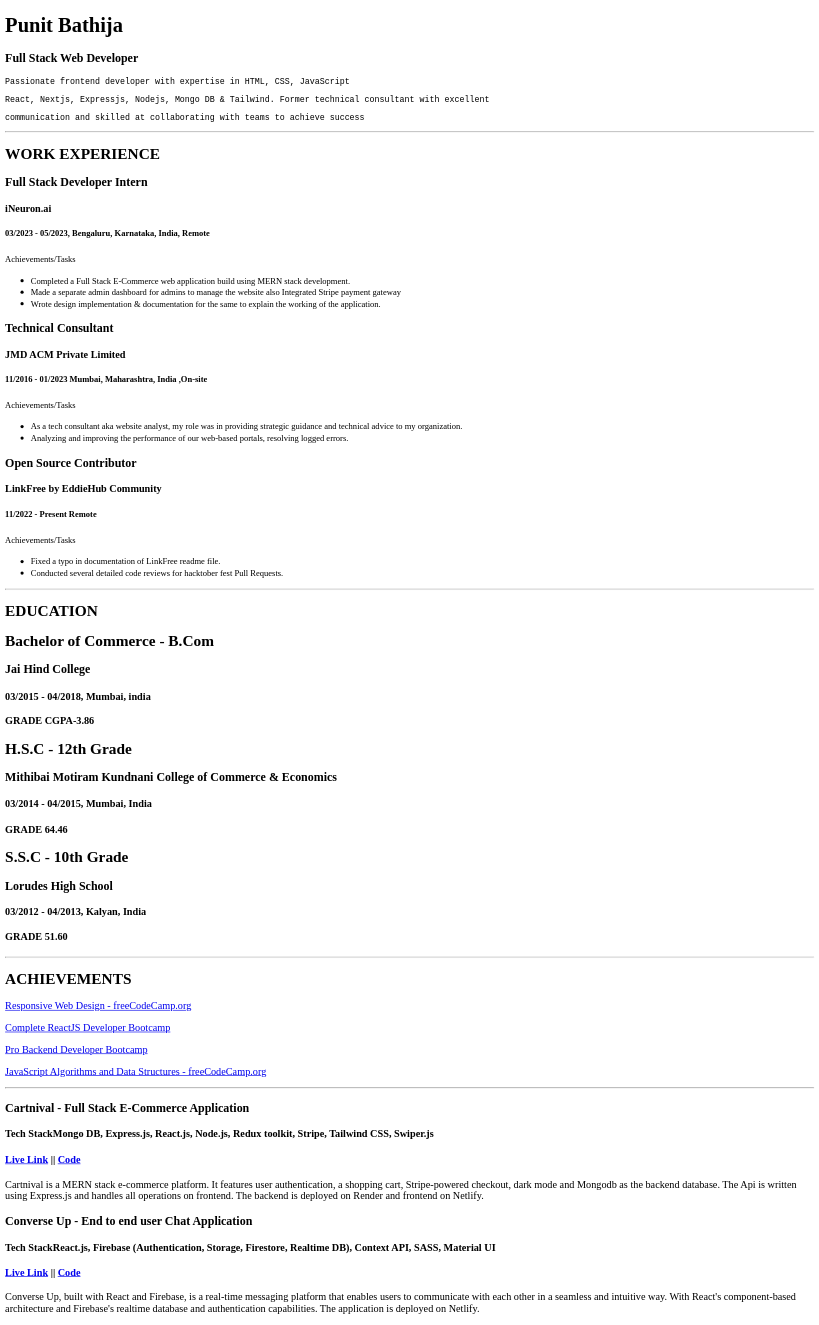
Repository: punitbathija/Placement-Assitance-iNeuron
Page: index.html
These files come from the project's save history. The page is drawn as it stood at one moment and after the next save; the edit follows.
The browser window is 1280 px wide. The pictures show the whole page, at 64% of full size.

Above is the page before, as saved 2023-05-18 12:51:06.

### index.html
<!DOCTYPE html>
<html lang="en">
  <head>
    <meta charset="UTF-8" />
    <meta http-equiv="X-UA-Compatible" content="IE=edge" />
    <meta name="viewport" content="width=device-width, initial-scale=1.0" />
    <title>Document</title>
  </head>
  <body>
    <header>
      <h1>Punit Bathija</h1>
      <h3>Full Stack Web Developer</h3>
      <pre>
Passionate frontend developer with expertise in HTML, CSS, JavaScript</pre
      >
      <pre>
React, Nextjs, Expressjs, Nodejs, Mongo DB & Tailwind. Former technical consultant with excellent</pre
      >
      <pre>
communication and skilled at collaborating with teams to achieve success</pre
      >
    </header>
    <hr />
    <section>
      <h1>WORK EXPERIENCE</h1>
      <div>
        <h3>Full Stack Developer Intern</h3>
        <h4>iNeuron.ai</h4>
        <h5>03/2023 - 05/2023, Bengaluru, Karnataka, India, Remote</h5>
        <small>Achievements/Tasks</small>
        <ul>
          <li>
            <small
              >Completed a Full Stack E-Commerce web application build using
              MERN stack development.</small
            >
          </li>
          <li>
            <small
              >Made a separate admin dashboard for admins to manage the website
              also Integrated Stripe payment gateway
            </small>
          </li>
          <li>
            <small
              >Wrote design implementation & documentation for the same to
              explain the working of the application.
            </small>
          </li>
        </ul>
      </div>
      <div>
        <h3>Technical Consultant</h3>
        <h4>JMD ACM Private Limited</h4>
        <h5>11/2016 - 01/2023 Mumbai, Maharashtra, India ,On-site</h5>
        <small>Achievements/Tasks</small>
        <ul>
          <li>
            <small
              >As a tech consultant aka website analyst, my role was in
              providing strategic guidance and technical advice to my
              organization.</small
            >
          </li>
          <li>
            <small
              >Analyzing and improving the performance of our web-based portals,
              resolving logged errors.
            </small>
          </li>
        </ul>
      </div>
      <div>
        <h3>Open Source Contributor</h3>
        <h4>LinkFree by EddieHub Community</h4>
        <h5>11/2022 - Present Remote</h5>
        <small>Achievements/Tasks</small>
        <ul>
          <li>
            <small
              >Fixed a typo in documentation of LinkFree readme file.</small
            >
          </li>
          <li>
            <small
              >Conducted several detailed code reviews for hacktober fest Pull
              Requests.
            </small>
          </li>
        </ul>
      </div>
    </section>
    <hr />
    <section>
      <h1>EDUCATION</h1>
      <div>
        <h2>Bachelor of Commerce - B.Com</h2>
        <h3>Jai Hind College</h3>
        <h4>03/2015 - 04/2018, Mumbai, india</h4>
        <h4>GRADE CGPA-3.86</h4>
      </div>
      <div>
        <h2>H.S.C - 12th Grade</h2>
        <h3>Mithibai Motiram Kundnani College of Commerce & Economics</h3>
        <h4>03/2014 - 04/2015, Mumbai, India</h4>
        <h4>GRADE 64.46</h4>
      </div>
      <div>
        <h2>S.S.C - 10th Grade</h2>
        <h3>Lorudes High School</h3>
        <h4>03/2012 - 04/2013, Kalyan, India</h4>
        <h4>GRADE 51.60</h4>
      </div>
    </section>
    <hr />
    <section>
      <h1>ACHIEVEMENTS</h1>
      <p>
        <a
          href="https://www.freecodecamp.org/certification/fcc5a76ec11-aefa-4ffc-b5b4-83b6dda548be/responsive-web-design"
          >Responsive Web Design - freeCodeCamp.org</a
        >
      </p>
      <p>
        <a
          href="https://s3-ap-southeast-1.amazonaws.com/learnyst/schools/2410/certificates/53635/6728656_53635.pdf?1670742115="
          >Complete ReactJS Developer Bootcamp</a
        >
      </p>
      <p>
        <a
          href="https://s3-ap-southeast-1.amazonaws.com/learnyst/schools/2410/certificates/110784/6728656_110784.pdf?1676721842="
          >Pro Backend Developer Bootcamp</a
        >
      </p>
      <p>
        <a
          href="https://www.freecodecamp.org/certification/fcc5a76ec11-aefa-4ffc-b5b4-83b6dda548be/responsive-web-design"
          >JavaScript Algorithms and Data Structures - freeCodeCamp.org</a
        >
      </p>
    </section>
    <hr />
    <section>
      <div>
        <h3>Cartnival - Full Stack E-Commerce Application</h3>
        <h4>
          <b>Tech Stack</b>Mongo DB, Express.js, React.js, Node.js, Redux
          toolkit, Stripe, Tailwind CSS, Swiper.js
        </h4>
        <h4>
          <a href="https://cartnival.netlify.app/" target="_blank">Live Link</a>
          ||
          <a href="https://github.com/punitbathija/Cartnival" target="_blank"
            >Code</a
          >
        </h4>
        <p>
          Cartnival is a MERN stack e-commerce platform. It features user
          authentication, a shopping cart, Stripe-powered checkout, dark mode
          and Mongodb as the backend database. The Api is written using
          Express.js and handles all operations on frontend. The backend is
          deployed on Render and frontend on Netlify.
        </p>
      </div>
      <div>
        <h3>Converse Up - End to end user Chat Application</h3>
        <h4>
          <b>Tech Stack</b>React.js, Firebase (Authentication, Storage,
          Firestore, Realtime DB), Context API, SASS, Material UI
        </h4>
        <h4>
          <a href="https://converseup.netlify.app" target="_blank">Live Link</a>
          ||
          <a href="https://github.com/punitbathija/converseUp" target="_blank"
            >Code</a
          >
        </h4>
        <p>
          Converse Up, built with React and Firebase, is a real-time messaging
          platform that enables users to communicate with each other in a
          seamless and intuitive way. With React's component-based architecture
          and Firebase's realtime database and authentication capabilities. The
          application is deployed on Netlify.
        </p>
      </div>
    </section>
  </body>
</html>

After the next save:
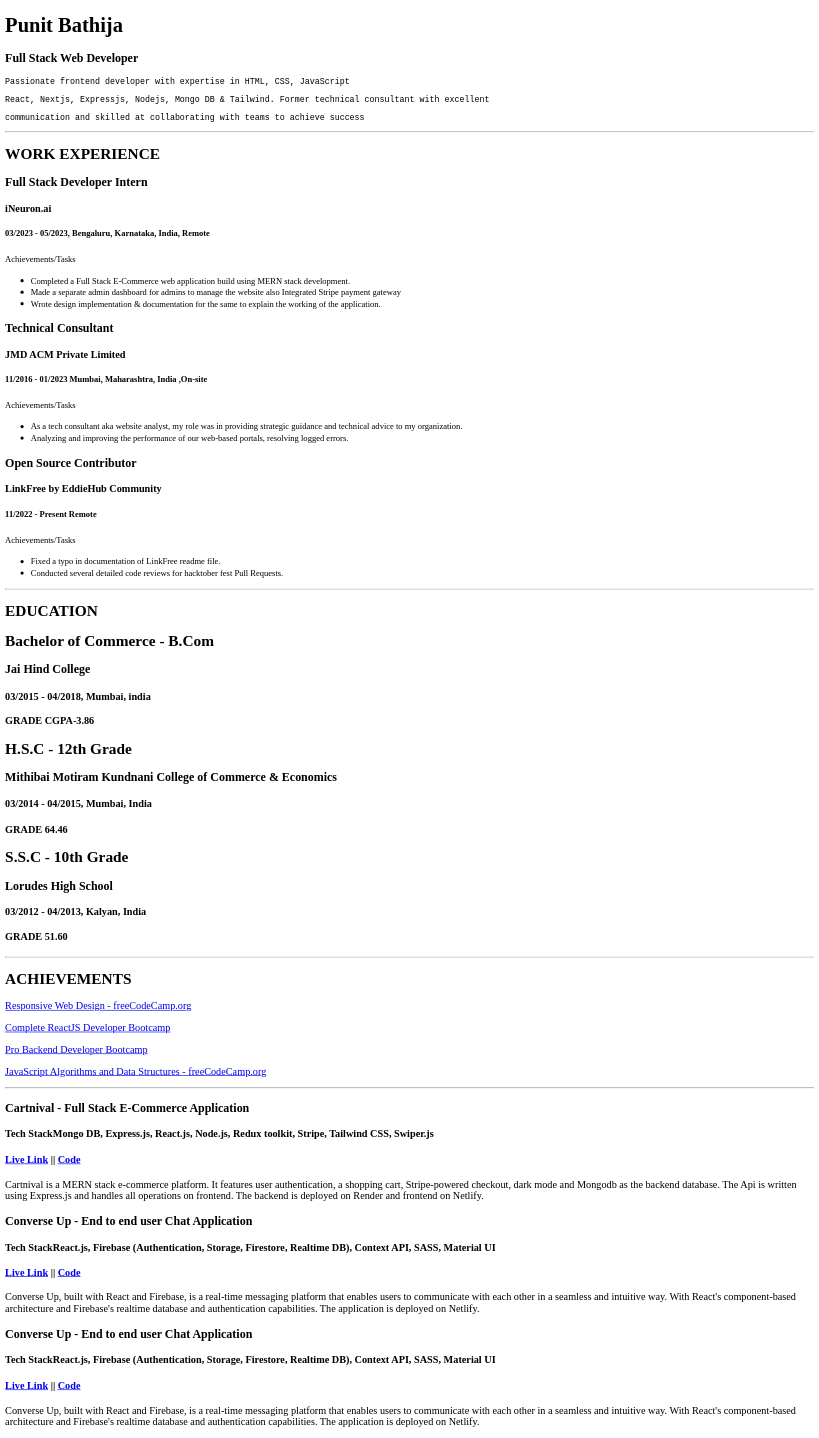
Saved 11 s later.
--- a/index.html
+++ b/index.html
@@ -184,6 +184,27 @@ communication and skilled at collaborating with teams to achieve success</pre
           application is deployed on Netlify.
         </p>
       </div>
+      <div>
+        <h3>Converse Up - End to end user Chat Application</h3>
+        <h4>
+          <b>Tech Stack</b>React.js, Firebase (Authentication, Storage,
+          Firestore, Realtime DB), Context API, SASS, Material UI
+        </h4>
+        <h4>
+          <a href="https://converseup.netlify.app" target="_blank">Live Link</a>
+          ||
+          <a href="https://github.com/punitbathija/converseUp" target="_blank"
+            >Code</a
+          >
+        </h4>
+        <p>
+          Converse Up, built with React and Firebase, is a real-time messaging
+          platform that enables users to communicate with each other in a
+          seamless and intuitive way. With React's component-based architecture
+          and Firebase's realtime database and authentication capabilities. The
+          application is deployed on Netlify.
+        </p>
+      </div>
     </section>
   </body>
 </html>
